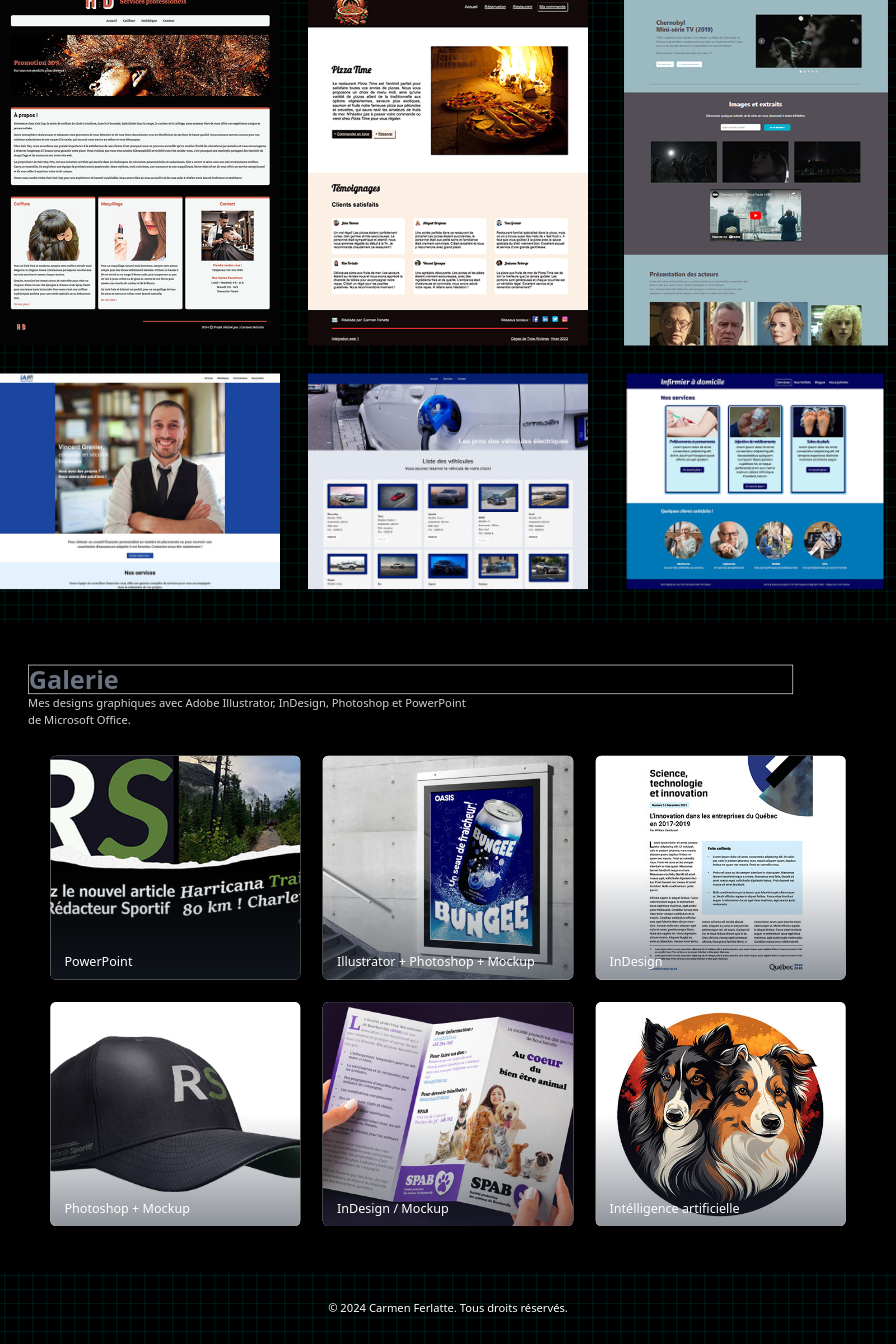
Repository: CarmenFerlatte/TP3__FerlatteCarmen
Page: realisations.html
These files come from the project's save history. The page is drawn as it stood at one moment and after the next save; the edit follows.
The browser window is 1280 px wide. The pictures show the part of the page from y = 1051 to 2971 px (the page is 2971 px tall before and 2951 px after), at 70% of full size.
Some web libraries are served in a nearby version. The style sheet was rebuilt from its Sass, Less or Tailwind sources for each picture, by a compiler version that may differ from the author's.

Above is the page before, as saved 2024-08-22 11:35:14.
Console error: TypeError: Cannot read properties of null (reading 'addEventListener')

### realisations.html
<!DOCTYPE html>
<html lang="fr-ca">
<head>
    <meta charset="UTF-8">
    <meta name="viewport" content="width=device-width, initial-scale=1.0">
    <link href="https://cdn.jsdelivr.net/npm/tailwindcss@2.2.19/dist/tailwind.min.css" rel="stylesheet">
    <title>Mon Portefolio</title>
    <script src="https://cdn.tailwindcss.com"></script>
    <link href="https://cdn.jsdelivr.net/npm/tailwindcss@2.2.19/dist/tailwind.min.css" rel="stylesheet">
    <link rel="stylesheet" href="https://cdnjs.cloudflare.com/ajax/libs/font-awesome/6.4.0/css/all.min.css">
    <link rel="stylesheet" href="style/css/style.css">
    <link rel="apple-touch-icon" sizes="180x180" href="img/favicons/apple-touch-icon.png">
    <link rel="icon" type="image/png" sizes="32x32" href="img/favicons/favicon-32x32.png">
    <link rel="icon" type="image/png" sizes="16x16" href="img/favicons/favicon-16x16.png">
    <link rel="manifest" href="img/favicons/site.webmanifest">
    <script src="https://code.jquery.com/jquery-3.6.0.min.js"></script>
    <script src="js/navbar.js" defer></script>
    <script src="js/script.js" defer></script>
    <script src="js/header.js" defer></script>
    <script src="js/install.js" defer></script>
    <script>
        $(function(){
            $("#header").load("assets/php/header.html");
            $("#footer").load("assets/php/footer.html");
        });
    </script>
</head>

<body class="bg-black text-white h-dvh">
    <header id="header"></header>

<main>
    <section class="md:h-full bg-black text-white py-8 sm:py-11 lg:py-12">
         <h1 class="text-2xl md:text-3xl lg:text-4xl xl:text-5xl font-bold text-center mt-20 border">Mes Réalisations</h1>
    <div class="container flex justify-center items-center mx-auto px-4 py-10 sm:py-20 md:py-4">

        <p class="text-sm sm:text-md md:text-base lg:text-1xl xl:text-2xl leading-6 text-left lg:py-20 px-5 md:px-2 lg:px-1 2xl:px-0 text-gray-200 border">Passionnée par le développement web 🖥  et le design 🎨, j'ai réalisé divers projets mettant en œuvre mes compétences 📑  en HTML , CSS, JavaScript et React. Ces technologies 👩‍💻 me permettent de créer des interfaces dynamiques 🚀 et interactives, alliant esthétisme et fonctionnalité. Parallèlement, j'explore ma créativité à travers des travaux de design élaborés avec la suite Adobe, où je m'applique avec enthousiasme 😃  à transformer des idées en visuels percutants. Mon approche multidisciplinaire me permet d'allier techniques de programmation et sens de l'esthétique <span><img class="w-7 inline-block align-middle" src="img/icons/design_web.svg" alt="icone design web"></span> , garantissant des projets non seulement performants mais également visuellement 👀 attrayants.  </p>

    </div>

<div class="container mx-auto px-4 py-1 md:py-5 md:mb-0 mt-[-10px] md:mt-0">
    <div class="grid grid-cols-12 gap-4 flex items-stretch px-5 md:px-2 lg:px-1">
        <div class="col-span-12 md:col-span-6 lg:col-span-4">
            <a href="#projets" title="Voir les projets">
                <div class="relative group cursor-pointer bg-gray-800 p-6 rounded-lg shadow-lg hover:bg-gray-700 hover:shadow-xl transition duration-300">
                    <h3 class="text-lg md:text-1xl lg:text-2xl font-bold text-gray-200">Développement Web</h3>
                    <p class="text-base md:text-lg lg:text-1xl  text-gray-300 mt-4 mb-1">Projets réalisés en HTML, CSS, JavaScript et React.</p>
                    <p class="flex">
                        <img src="img/icons/html5_icon.svg" alt="HTML5 icône" class="w-8 h-8 mt-2 mx-1">
                        <img src="img/icons/css3_icon.svg" alt="CSS3 icône" class="w-8 h-8 mt-2 mx-1">
                        <img src="img/icons/javascript_icon.svg" alt="JavaScript icône" class="w-7 h-7 mt-3 mx-1">
                        <img src="img/icons/react_native_icon.svg" alt="React icône" class="w-8 h-8 mt-3 mx-1">
                    </p>
                </div>
            </a>
        </div>

        <div class="col-span-12 md:col-span-6 lg:col-span-4 flex flex-col">
            <a href="#galerie" title="Voir les designs" class="flex-grow">
                <div class="relative group cursor-pointer bg-gray-800 p-6 rounded-lg shadow-lg hover:bg-gray-700 hover:shadow-xl transition duration-300 flex flex-col">
                    <h3 class="text-lg md:text-1xl lg:text-2xl font-bold text-gray-200 group">Design Graphique</h3>
                    <p class="text-base md:text-lg lg:text-1xl text-gray-300 mt-4 mb-1">Designs graphiques avec la suite Adobe et PowerPoint.</p>
                    <div class="flex">
                        <img src="img/icons/adobe-illustrator_icon.svg" alt="Illustrator icône" class="w-8 h-8 mt-2 mx-1">
                        <img src="img/icons/adobe_photoshop_icon.svg" alt="Photoshop icône" class="w-8 h-8 mt-2 mx-1">
                        <img src="img/icons/adobe_indesign_icon.svg" alt="InDesign icône" class="w-8 h-8 mt-2 mx-1">
                        <img src="img/icons/adobe-xd_icon.svg" alt="XD icône" class="w-8 h-8 mt-2 mx-1">
                        <img src="img/icons/Adobe_Acrobat_Reader_icon.svg" alt="Acrobat Reader icône" class="w-6 h-6 mt-3 mx-1">
                        <img src="img/icons/microsoft_powerpoint_icon.svg" alt="PowerPoint icône" class="w-8 h-8 mt-2 mx-1">
                    </div>
                </div>
            </a>
        </div>

        <div class="col-span-12 md:col-span-6 lg:col-span-4 flex flex-col">
            <a href="#galerie" title="Voir les projets" class="flex-grow">
                <div class="relative group cursor-pointer bg-gray-800 p-6 rounded-lg shadow-lg hover:bg-gray-700 hover:shadow-xl transition duration-300 flex flex-col">
                    <h3 class="text-lg md:text-1xl lg:text-2xl font-bold text-gray-200">Intelligence Artificielle</h3>
                    <p class="text-base md:text-lg lg:text-2xl text-gray-300 mt-4 mb-1">Création de logos avec l'intelligence artificielle.</p>
                    <div class="flex">
                        <img src="img/icons/intelligence_artificielle_icon.svg" alt="PowerPoint icône" class="w-8 h-8 mt-2 mx-1">
                    </div>
                </div>
            </a>
        </div>
    </div>
</div>


    </section>

    <section class="cyber-grid md:mt-auto">
        <div class="max-w-screen-sm md:max-w-screen-md lg:max-w-screen-lg 2xl:max-w-screen-2xl mx-auto flex inlign-flex align-items pt-10"><h2 id="projets" class="text-2xl md:text-3xl lg:text-4xl font-bold text-gray-500 lg:text-3xl dark:text-white ml-10 sm:ml-0">Projets</h2>
        <p class="hidden max-w-screen-sm text-1xl text-gray-300 dark:text-gray-300 md:block pt-3 pl-5">
                Projets réalisés en html, css et JavaScript.
                </p></div>
    <div class="container mx-auto py-8 md:mt-2 px-2 md:px-2 lg:px-0">

        <div class="grid grid-cols-1 md:grid-cols-2 lg:grid-cols-3 gap-10 p-4 w-full mx-auto place-items-start px-10 sm:px-0">
            <img class="hover:opacity-75" src="img/screenshots/2024__projet__salon_de_coiffure.jpg" alt="image">
            <img class="hover:opacity-75" src="img/screenshots/2024__projet__restaurant.png" alt="image">
            <img class="hover:opacity-75" src="img/screenshots/2024__projet_cinema.png" alt="image">
            <img class="hover:opacity-75" src="img/screenshots/2024__projet__vincent_grenier_w600.jpg" alt="image">
            <img class="hover:opacity-75" src="img/screenshots/mon_premier_projet_react.jpg" alt="image">
            <img class="hover:opacity-75" src="img/screenshots/2023__projet__soins_infirmiers.png" alt="image">
        </div>
    </div>
</section>
    <section class="dark:bg-gray-800 h-full pt-5">
        <div class="w-11/12 px-10 my-10">
            <h2 id="galerie" class="text-2xl md-text-3xl lg:text-4xl font-bold text-gray-500 dark:text-white border">Galerie</h2>

            <p class="hidden max-w-screen-sm text-1xl text-gray-300 dark:text-gray-300 md:block">
                Mes designs graphiques avec Adobe Illustrator, InDesign, Photoshop et PowerPoint de Microsoft Office.
            </p>
        </div>
    <div class="mx-auto h-auto max-w-screen-2xl px-4 md:px-8 mb-16 mt-auto">

        <div class="grid grid-cols-1 md:grid-cols-2 lg:grid-cols-3 mx-10 gap-4 md:gap-6 xl:gap-8">
            <!-- image - start -->
            <a href="https://le-redacteur-sportif.ca/harricana_trail_2023.html" title="Le Rédacteur Sportif" target="_blank" rel="noopener noreferrer"
                class="group relative flex items-end h-72 md:h-80 overflow-hidden rounded-lg bg-gray-100 shadow-lg">
                <img src="img/design/harricana_trail_80km__charlevoix__Vincent_Greniert.jpg" loading="lazy" alt="Projet Carmen Ferlatte Adobe InDesign (brochure)" class="absolute inset-0 h-full w-full object-cover object-center transition duration-200 group-hover:scale-110">

                <div
                    class="pointer-events-none absolute inset-0 bg-gradient-to-t from-gray-800 via-transparent to-transparent opacity-50">
                </div>

                <span class="relative ml-4 mb-3 inline-block text-sm text-white md:ml-5 md:text-lg">PowerPoint</span>
            </a>
            <!-- image - end -->

            <!-- image - start -->
            <div
                class="group relative flex items-end h-72 md:h-48 overflow-hidden rounded-lg bg-gray-100 shadow-lg md:h-80">
                <img src="img/design/05__affiche_bungee__Carmen_Ferlatte.jpg" loading="lazy" alt="Projet Carmen Ferlatte Adobe Illustrator (affiche)" class="absolute inset-0 h-full w-full object-cover object-center transition duration-200 group-hover:scale-110">

                <div
                    class="pointer-events-none absolute inset-0 bg-gradient-to-t from-gray-800 via-transparent to-transparent opacity-50">
                </div>

                <span class="relative ml-4 mb-3 inline-block text-sm text-white md:ml-5 md:text-lg">Illustrator + Photoshop + Mockup</span>
            </div>
            <!-- image - end -->

            <!-- image - start -->
            <div
                class="group relative flex items-end h-72 md:h-48 overflow-hidden rounded-lg bg-gray-100 shadow-lg md:h-80">
                <img src="img/design/exercice_inDesign__Carmen_Ferlatte.jpg" loading="lazy" alt="Photo by Magicle" class="absolute inset-0 h-full w-full object-cover object-center transition duration-200 group-hover:scale-110">

                <div
                    class="pointer-events-none absolute inset-0 bg-gradient-to-t from-gray-800 via-transparent to-transparent opacity-50">
                </div>

                <span class="relative ml-4 mb-3 inline-block text-sm text-white md:ml-5 md:text-lg">InDesign</span>
            </div>
            <!-- image - end -->

            <!-- image - start -->
            <a href="https://le-redacteur-sportif.ca/harricana_trail_2023.html" title="Le Rédacteur Sportif" target="_blank" rel="noopener noreferrer"
                class="group relative flex items-end h-72 md:h-48 overflow-hidden rounded-lg bg-gray-100 shadow-lg md:h-80">
                <img src="img/design/casquette__RS__w1200.jpg" loading="lazy" alt="Affiche médias sociaux PowerPoint / Carmen Ferlatte" class="absolute inset-0 h-full w-full object-cover object-center transition duration-200 group-hover:scale-110">

                <div
                    class="pointer-events-none absolute inset-0 bg-gradient-to-t from-gray-800 via-transparent to-transparent opacity-50">
                </div>

                <span class="relative ml-4 mb-3 inline-block text-sm text-white md:ml-5 md:text-lg">Photoshop + Mockup</span>
            </a>
            <!-- image - end -->

            <!-- image - start -->
            <div
                class="group relative flex h-72 md:h-48 items-end overflow-hidden rounded-lg bg-gray-100 shadow-lg md:h-80">
                <img src="img/design/projet__brochure__spa__450x345.jpg" loading="lazy" alt="Brochure InDesign et Mockup / Carmen Ferlatte" class="absolute inset-0 h-full w-full object-cover object-center transition duration-200 group-hover:scale-110">

                <div
                    class="pointer-events-none absolute inset-0 bg-gradient-to-t from-gray-800 via-transparent to-transparent opacity-50">
                </div>

                <span class="relative ml-4 mb-3 inline-block text-sm text-white md:ml-5 md:text-lg">InDesign / Mockup</span>
            </div>
            <!-- image - end -->
             <!-- image - start -->
            <div
                class="group relative flex h-72 md:h-48 items-end overflow-hidden rounded-lg bg-gray-100 shadow-lg md:h-80">
                <img src="img/design/logo_colley_carmen_ferlatte.jpg" loading="lazy" alt="Logo fait avec l'Intélligence artificielle / Carmen Ferlatte" class="absolute inset-0 h-full w-full object-cover object-center transition duration-200 group-hover:scale-110">

                <div
                    class="pointer-events-none absolute inset-0 bg-gradient-to-t from-gray-800 via-transparent to-transparent opacity-50">
                </div>

                <span class="relative ml-4 mb-3 inline-block text-sm text-white md:ml-5 md:text-lg">Intélligence artificielle</span>
            </div>
            <!-- image - end -->
        </div>
    </div>
</section>
</main>

   <footer id="footer" class="block clear-both mt-16"></footer>
</body>
</html>

### js/header.js
// Header and footer loading script

$(function () {
    $('#header').load('assets/php/header.html', function() {
        let navbar = document.querySelector('.bg-animated');
        if (navbar) {
            let lastScrollTop = 0;

            window.addEventListener('scroll', function () {
                let scrollTop = window.scrollY || document.documentElement.scrollTop;
                if (scrollTop > lastScrollTop) {
                    // Scroll down
                    navbar.classList.add('navbar-hidden');
                } else {
                    // Scroll up
                    navbar.classList.remove('navbar-hidden');
                }

                    lastScrollTop = scrollTop;
            });
        } else {
            console.error('Navbar not found');
        }
    });
    $('#footer').load('assets/php/footer.html', function (response, status, xhr) {
        if (status === "error") {
            console.error("Erreur de chargement du pied de page: " + xhr.status + " " + xhr.statusText);
        } else {
            console.log("Le pied de page a été chargé avec succès");
        }
    });
});

### js/install.js
// Description: Script pour l'installation de la PWA

let deferedInstallPrompt = null;
    const installButton = document.getElementById('butInstall');

    installButton.addEventListener('click', installPWA);

    window.addEventListener('beforeInstallPrompt', afficherButtonInstall);

    function afficherBoutonInstall(evt) {
        deferedInstallPrompt = evt;
        installButton.removeAttribute('hidden');
    }

    function installPWA(evt) {
        deferedInstallPrompt.prompt();
        evt.srcElement.setAttribute('hidden', true);
        deferedInstallPrompt.userChoice
            .then((choice) => {
                if (choice.outcome === 'accepted') {
                    console.log("L'usager a installé la PWA VIA le mon bouton d'installation", choice);
                } else {
                    console.log("Lusager a refusé l'installation de la PWA VIA le boutton d'installation", choice);
                }
                deferedInstallPrompt = null;
            });

        function logAppInstalled(evt) {
            console.log("L'usager a installé la PWA VIA Les ... de Chrome");
    }
 };

### assets/php/header.html
<header>
  <nav class="bg-animated cyber-grid fixed w-full z-50">
    <div class="w-full mx-auto px-6 md:px-10">
      <div class="flex justify-between items-center py-6">
        <a
          href="index.html"
          class="text-xl sm:text-1xl lg:text-2xl font-bold neon-text glitch-effect"
          data-text="Carmen Ferlatte"
          >Carmen Ferlatte</a
        >
        <label for="menu-toggle">Portefolio</label>
        <input type="checkbox" id="menu-toggle" class="hidden" />
        <label for="menu-toggle" class="menu-icon cursor-pointer md:hidden">
          <span class="hamburger"></span>
        </label>
        <ul class="menu hidden md:flex md:items-center space-x-10">
          <li>
            <a href="index.html" class="nav-link" data-text="Accueil"
              >Accueil</a
            >
          </li>
          <li>
            <a
              href="realisations.html"
              class="nav-link"
              data-text="Réalisations"
              >Réalisations</a
            >
          </li>
          <li>
            <a href="contact.html" class="nav-link" data-text="Contact"
              >Contact</a
            >
          </li>
          <!-- <li><a href="#" class="bg-gradient-to-r from-cyan-500 to-blue-500 text-white font-bold py-2 px-4 rounded hover:from-cyan-600 hover:to-blue-600 transition-all duration-300">Sign Up</a></li> -->
        </ul>
      </div>
    </div>
  </nav>
</header>

### assets/php/footer.html
<footer class="cyber-grid">
    <div class="container mx-auto px-4 py-10">
        <p class="text-center text-white">© 2024 Carmen Ferlatte. Tous droits réservés.</p>
   </div>
</footer>

### style/sass/style.scss
@use "navbar" as *;

### style/sass/_navbar.scss
@keyframes neon-pulse {
    0%, 100% {
        text-shadow: 0 0 5px #fff, 0 0 10px #fff, 0 0 15px #fff, 0 0 20px #0891b2, 0 0 35px #0891b2, 0 0 40px #0891b2, 0 0 50px #0891b2, 0 0 75px #0891b2;
    }
    50% {
        text-shadow: 0 0 2px #fff, 0 0 5px #fff, 0 0 7px #fff, 0 0 10px #0891b2, 0 0 17px #0891b2, 0 0 20px #0891b2, 0 0 25px #0891b2, 0 0 37px #0891b2;
    }
}

.neon-text {
    animation: neon-pulse 1.5s infinite alternate;
}

.bg-animated {
    background: linear-gradient(-45deg, #000000, #1a1a1a, #000033, #003366);
    background-size: 400% 400%;
    animation: gradient 15s ease infinite;
}

@keyframes gradient {
    0% { background-position: 0% 50%; }
    50% { background-position: 100% 50%; }
    100% { background-position: 0% 50%; }
}

.cyber-grid {
    background-image:
        linear-gradient(rgba(0, 255, 255, 0.1) 1px, transparent 1px),
        linear-gradient(90deg, rgba(0, 255, 255, 0.1) 1px, transparent 1px);
    background-size: 20px 20px;
    animation: cyber-grid-move 20s linear infinite;
}

@keyframes cyber-grid-move {
    0% { background-position: 0 0; }
    100% { background-position: 20px 20px; }
}



.nav-link {
    position: relative;
    overflow: hidden;

        &::before {
            content: '';
            position: absolute;
            bottom: 0;
            left: 0;
            width: 100%;
            height: 2px;
            background-color: #0891b2;
            transform: translateX(-100%);
            transition: transform 0.3s ease;
        }

       &:hover::before {
            transform: translateX(0);
        }

        &::after {
            content: attr(data-text);
            position: absolute;
            top: 0;
            left: 0;
            width: 100%;
            height: 100%;
            display: flex;
            align-items: center;
            justify-content: center;
            transform: translateY(100%);
            background: linear-gradient(to bottom, #0891b2, #3e43cb);
            -webkit-background-clip: text;
            background-clip: text;
            -webkit-text-fill-color: transparent;
            transition: transform 0.3s ease;
        }

        &:hover::after {
            transform: translateY(0);
        }
}


.glitch-effect {
    position: relative;

    &::before,
    &::after {
        content: attr(data-text);
        position: absolute;
        top: 0;
        left: 0;
        width: 100%;
        height: 100%;
        opacity: 0.8;
    }

    &::before {
        left: 2px;
        text-shadow: -2px 0 #ff00de;
        clip: rect(24px, 550px, 90px, 0);
        animation: glitch-anim 3s infinite linear alternate-reverse;
    }

    &::after {
        left: -2px;
        text-shadow: -2px 0 #0891b2;
        clip: rect(85px, 550px, 140px, 0);
        animation: glitch-anim 2s infinite linear alternate-reverse;
    }

}



@keyframes glitch-anim {
    0% { clip: rect(39px, 9999px, 71px, 0); }
    20% { clip: rect(3px, 9999px, 5px, 0); }
    40% { clip: rect(6px, 9999px, 38px, 0); }
    60% { clip: rect(13px, 9999px, 43px, 0); }
    80% { clip: rect(44px, 9999px, 93px, 0); }
    100% { clip: rect(54px, 9999px, 47px, 0); }
}

#menu-toggle {
    &:checked {
        ~ .menu {
            display: block;
        }

        ~ .menu-icon {
            .hamburger {
                transform: rotate(45deg);

                &::before {
                    transform: translateY(8px) rotate(90deg);
                }

                &::after {
                    transform: translateY(-8px) rotate(90deg);
                }
            }
        }
    }
}

.hamburger,
.hamburger::before,
.hamburger::after {
    content: '';
    display: block;
    background: #0891b2;
    height: 3px;
    width: 30px;
    transition: transform 0.5s cubic-bezier(0.23, 1, 0.32, 1);
}

.hamburger {
    &::before {
        transform: translateY(-8px);
    }

    &::after {
        transform: translateY(8px);
    }
}

@media (max-width: 768px) {
    .menu {
        position: fixed;
        top: 60px;
        left: 0;
        right: 0;
        width: 100%;
        height: 0;
        background: rgba(0, 0, 0, 0.9);
        overflow: hidden;
        transition: height 0.5s cubic-bezier(0.23, 1, 0.32, 1);
        text-align: right;
        padding-right: 20px;
        padding-top: 20px;

        a {
            display: block;
            font-size: 1.2rem;
            padding: 10px 0;
            text-decoration: underline 2px #0891b2;

            &:hover {
                color: #0891b2;
                text-decoration: none;
                cursor: pointer;
            }
        }
    }

    #menu-toggle:checked ~ .menu {
        height: calc(100vh - 60px);
    }
}

@media (max-width: 640px) {
    .no-glitch {
        animation: none !important;
    }
}

/*-------------Invisible Navbar-------------*/

.navbar-hidden {
    transform: translateY(-100%);
    transition: transform 0.3s ease-in-out;
}

Loaded but not shown: js/script.js (33 lines, source omitted); js/navbar.js (30 lines, source omitted)

After the next save:
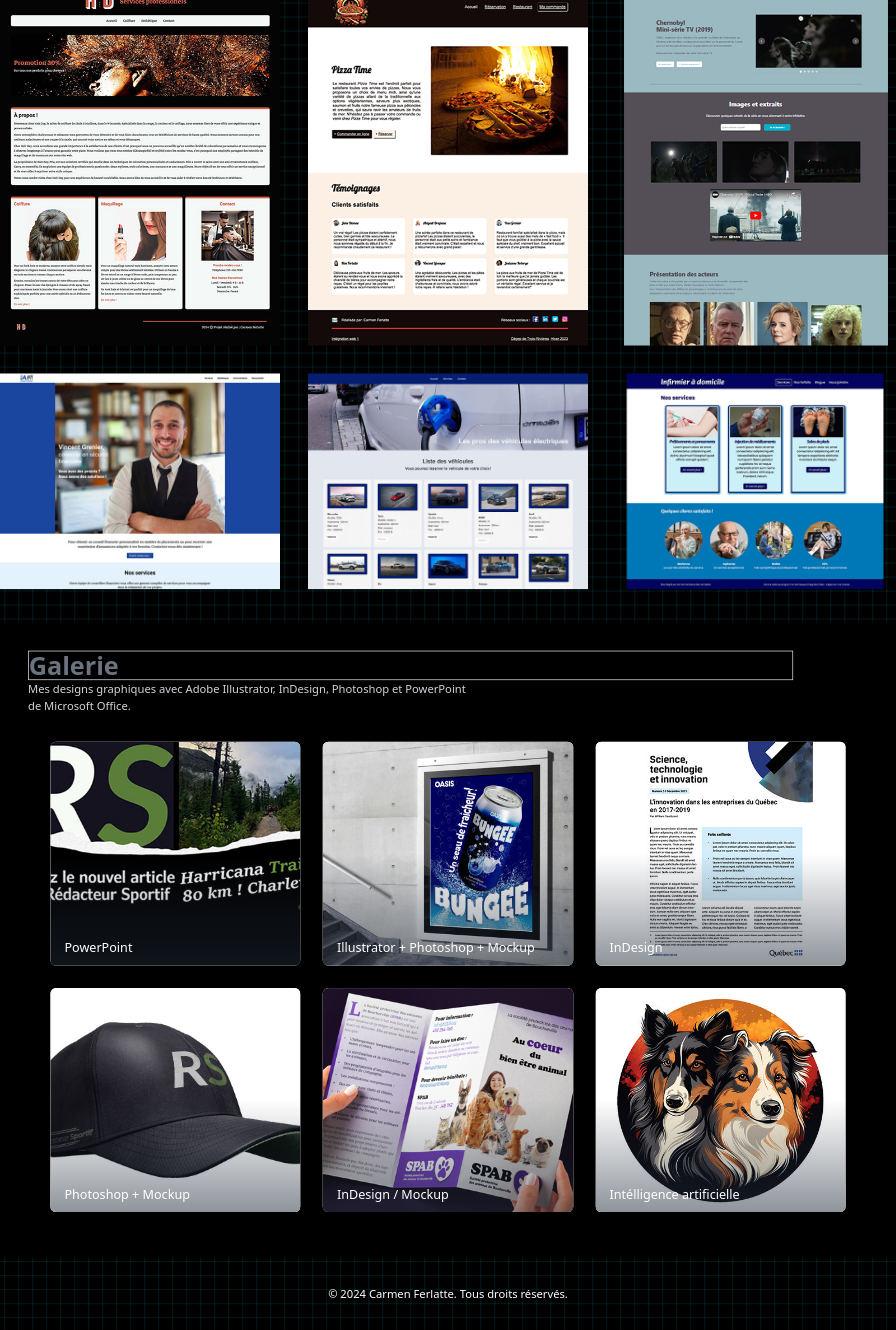
Saved 8 s later.
--- a/realisations.html
+++ b/realisations.html
@@ -106,7 +106,7 @@
         </div>
     </div>
 </section>
-    <section class="dark:bg-gray-800 h-full pt-5">
+    <section class="dark:bg-gray-800 h-full">
         <div class="w-11/12 px-10 my-10">
             <h2 id="galerie" class="text-2xl md-text-3xl lg:text-4xl font-bold text-gray-500 dark:text-white border">Galerie</h2>
 
